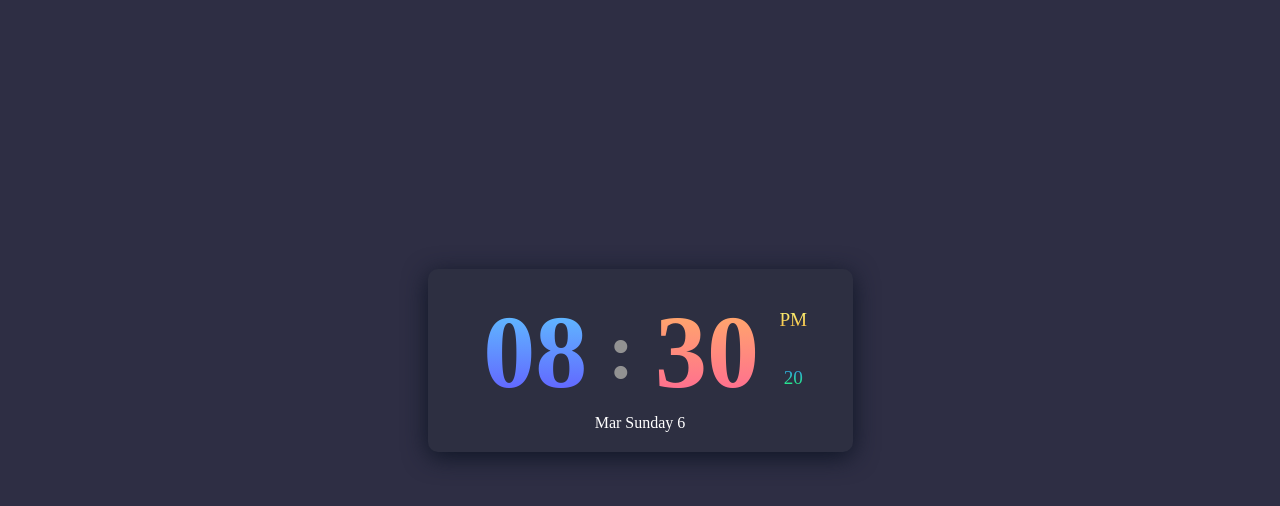
Repository: QUANGTHAI2003/digital-clock
Page: index.html
These files come from the project's save history. The page is drawn as it stood at one moment and after the next save; the edit follows.
The browser window is 1280 px wide. The pictures show the whole page.

Above is the page before, as saved 2022-03-26 20:07:05.

### index.html
<!DOCTYPE html>
<html lang="en">
    <head>
        <meta charset="UTF-8" />
        <meta http-equiv="X-UA-Compatible" content="IE=edge" />
        <meta name="viewport" content="width=device-width, initial-scale=1.0" />
        <title>Digital-Clock</title>
        <link rel="stylesheet" href="style.css" />
        <link rel="stylesheet" href="https://unicons.iconscout.com/release/v4.0.0/css/line.css" />
    </head>
    <body>
        <div class="digital-clock">
            <div class="time">
                <span class="hour">08</span>
                <span class="dots">:</span>
                <span class="minutes">30</span>
                <div class="right-side">
                    <span class="period">PM</span>
                    <span class="seconds">20</span>
                </div>
            </div>
            <div class="calendar">
                <span class="month-name">Mar</span>
                <span class="day-name">Sunday</span>
                <span class="day-number">6</span>
            </div>
        </div>
    </body>
</html>

### style.css
@import url('https://fonts.googleapis.com/css2?family=Poppins:ital,wght@0,100;0,200;0,300;0,400;0,500;0,600;0,700;0,800;0,900;1,100;1,200;1,300;1,400;1,500;1,600;1,700;1,800;1,900&display=swap');

* {
    margin: 0;
    padding: 0;
    box-sizing: border-box;
    font-family: 'Poppins'sans-serif;
}

body {
    min-height: 100vh;
    display: flex;
    justify-content: center;
    align-items: center;
    background: #2e2e44;
}

.digital-clock {
    position: relative;
    color: #fff;
    background: #2d2f41;
    width: 425px;
    padding: 20px 45px;
    box-shadow: 0 5px 25px rgba(14, 21, 37, 08);
    border-radius: 10px;
    display: flex;
    justify-content: center;
    align-items: center;
    flex-direction: column;
}

.time {
    position: relative;
    display: flex;
    justify-content: center;
    align-items: center;
}

.hour,
.dots,
.minutes {
    display: flex;
    justify-content: center;
    align-items: center;
    font-weight: 600;
    padding: 0 10px;
    line-height: 125px;
}

.hour,
.minutes {
    font-size: 6.5em;
    width: 125px;
}

.dots {
    font-size: 5em;
    color: #929292;
}

.hour {
    background: -webkit-linear-gradient(90deg, #634dff, #5fd4ff);
    -webkit-text-fill-color: transparent;
    -webkit-background-clip: text;
}

.minutes {
    background: -webkit-linear-gradient(90deg, #ff5e9a, #ffb960);
    -webkit-text-fill-color: transparent;
    -webkit-background-clip: text;
}

.right-side {
    position: relative;
    display: flex;
    justify-content: center;
    align-items: center;
    flex-direction: column;
    margin-left: 10px;
}

.period,
.seconds {
    font-size: 1.2em;
    font-weight: 500;
}

.period {
    transform: translateY(-20px);
    background: -webkit-linear-gradient(90deg, #f7b63f, #faf879);
    -webkit-text-fill-color: transparent;
    -webkit-background-clip: text;
}

.seconds {
    transform: translateY(16px);
    background: -webkit-linear-gradient(90deg, #24ff6d, #2f93f1);
    -webkit-text-fill-color: transparent;
    -webkit-background-clip: text;
}

After the next save:
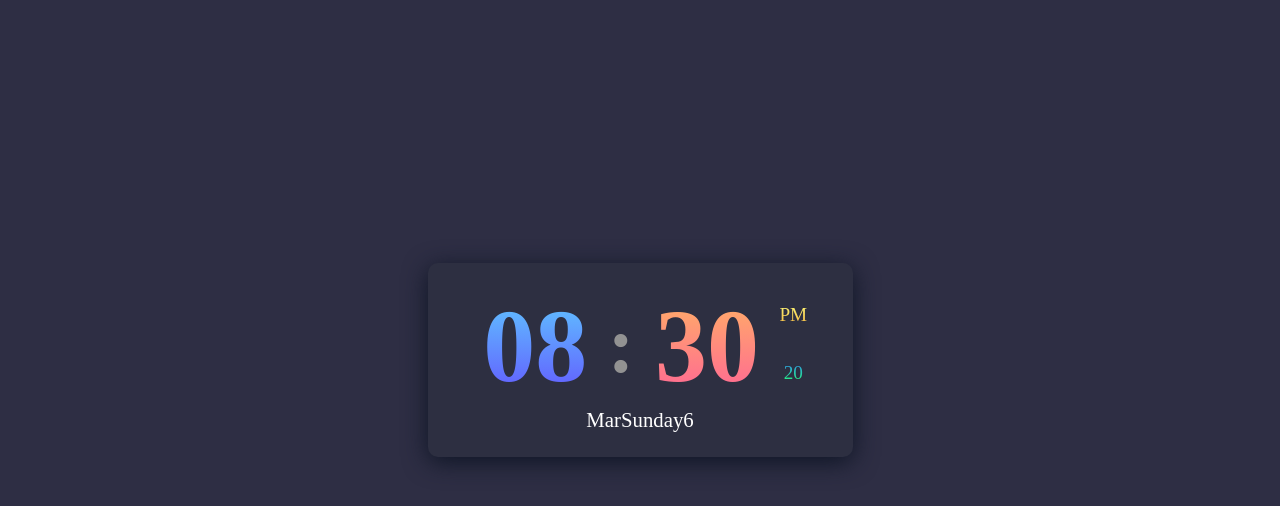
Saved 44 s later.
--- a/style.css
+++ b/style.css
@@ -98,3 +98,12 @@ body {
     -webkit-text-fill-color: transparent;
     -webkit-background-clip: text;
 }
+
+.calendar {
+    display: flex;
+    justify-content: center;
+    align-items: center;
+    font-size: 1.3em;
+    font-weight: 500;
+    margin-bottom: 5px;
+}
